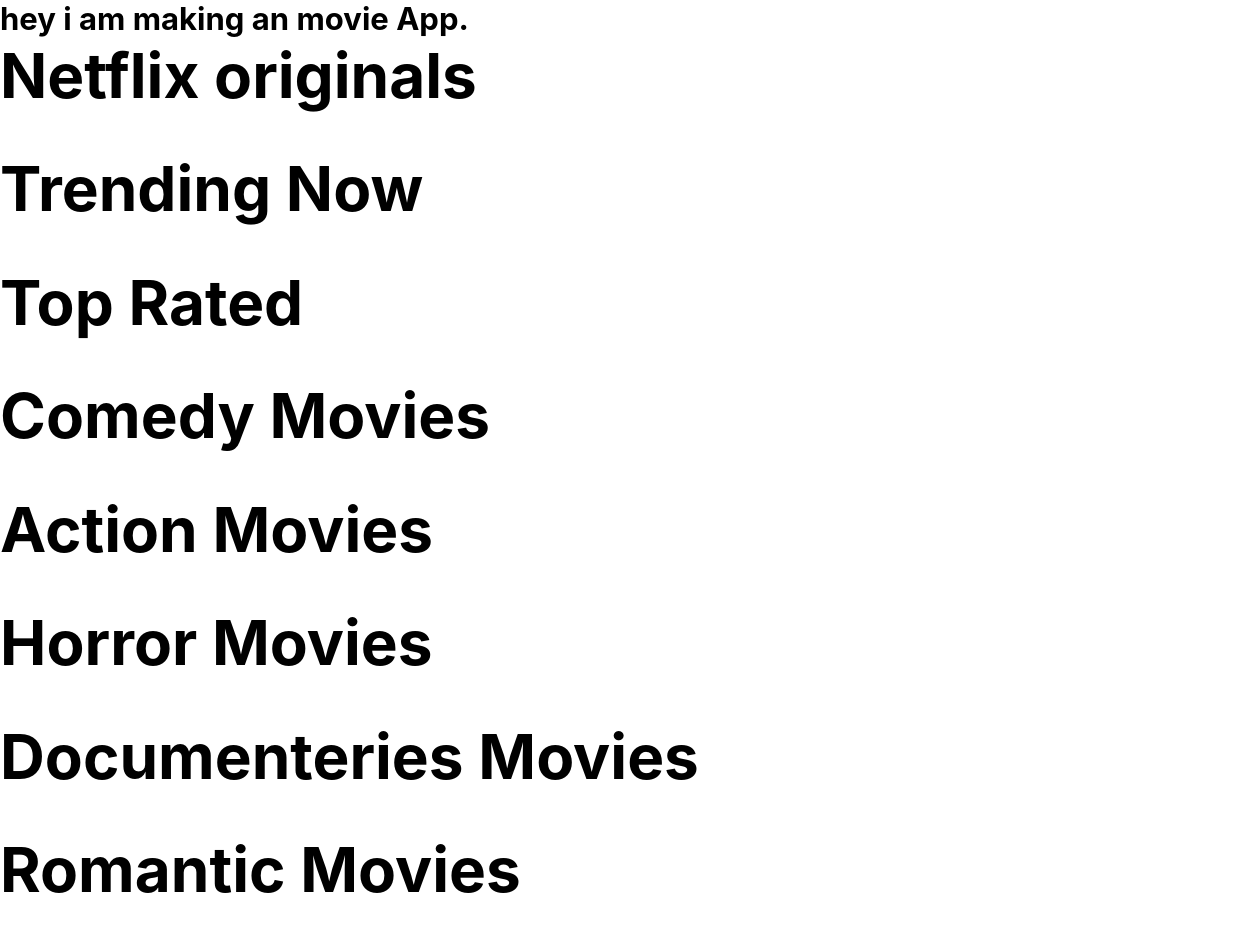
Repository: ramtoppo12/movieApp
Page: /
An editor plug-in stored every save of this project. The page is shown before and after the next save, followed by the edit.
The browser window is 1280 px wide. The pictures show the whole page, at 97% of full size.
The page's requests for data from a server got no answer. The project was rebuilt for these pictures with package versions that can differ from the ones it lists, and the page was loaded fresh each time. No one was signed in, and anything a server would have sent is missing. Also part of the build but not shown: src/App.css.

Above is the page before, as saved 2020-11-09 21:29:08.

### src/App.js
import './App.css';
import React from "react";
import Row from "./Row";
import requests from "./request";

function App() {
  return (
    <div className="App">
      <h1>
        hey i am making an movie App.
        <Row isLargeRow={true} title="Netflix originals" fetchUrl={requests.fetchNetfixOriginals}/>
        <Row title="Trending Now" fetchUrl={requests.fetchTrendingNow}/>
        <Row title="Top Rated" fetchUrl={requests.fetchTopRated}/>
        <Row title="Comedy Movies" fetchUrl={requests.fetchComedyMovies}/>
        <Row title="Action Movies" fetchUrl={requests.fetchActionMovies}/>
        <Row title="Horror Movies" fetchUrl={requests.fetchHorrorMovies}/>
        <Row title="Documenteries Movies" fetchUrl={requests.fetchDocumentaries}/>
        <Row title="Romantic Movies" fetchUrl={requests.fetchRomenticMovies}/>


      </h1>
    </div>
  );
}

export default App;

### src/Row.js
import React, { useState,useEffect } from 'react';
import axios from "./axios";
import "./row.css";
const base_url = "https://image.tmdb.org/t/p/original/";


export default function Row({title,fetchUrl,isLargeRow}) {
    const [movies,setMovies]=useState([]);
    useEffect(()=>{
        //if we leave the bracket Run once
        async function fetchData(){
            const request = await axios.get(fetchUrl);
            console.log(request);
            setMovies(request.data.results);
            return request;
        }
        fetchData();
    },[fetchUrl])

    console.log(movies)
    return (
        <div className="row">
            <h1>{title}</h1>
            <div className="row__posters">
            {movies.map(movie =>(
                <img key={movie.id}className={`row__poster ${isLargeRow && "row__posterLarge"}`} src={`${base_url}${ isLargeRow ? movie.poster_path :movie.backdrop_path}`}/>
            ))}
            </div>
        </div>
    )
}

### src/request.js
const API_KEY ="4d985b549a4462ab7e93d987c24153c7";

const requests ={
    fetchTrendingNow:`/trending/all/week?api_key=${API_KEY}&language=en-US`,
fetchTopRated:`/movie/top_rated?api_key=${API_KEY}&language=en-US`,
fetchNetfixOriginals:`/discover/tv?api_key=${API_KEY}&with_network=213`,
fetchComedyMovies:`/discover/movie?api_key=${API_KEY}&with_genres=35`,
fetchHorrorMovies:`/discover/movie?api_key=${API_KEY}&with_genres=27`,
fetchRomenticMovies:`/discover/movie?api_key=${API_KEY}&with_genres=10749`,
fetchActionMovies:`/discover/movie?api_key=${API_KEY}&with_genres=28`,
fetchDocumentaries:`discover/movie?api_key=${API_KEY}&with_genres=99`,

// https://api.themoviedb.org/3/genre/movie/list
// https://api.themoviedb.org/3/trending/all/week
// https://api.themoviedb.org/3/search/keyword?query=parasite
}


export default requests;

### src/axios.js
import axios from "axios";
const instance = axios.create({
    baseURL:"https://api.themoviedb.org/3",
});

export default instance;

### src/row.css
.row__posters {
  display: flex;
  overflow-y: hidden;
  overflow-x: scroll;
  padding: 20px;
}
.row__posters::-webkit-scrollbar {
  display: none;
}
.row__poster {
  object-fit: contain;
  width: 100%;
  max-height: 100px;
  margin: 0 10px 0 0;
  transition: transform 450ms;
  cursor: pointer;
}
.row__poster:hover {
  transform: scale(1.08);
  opacity: 1;
}
.row__posterLarge {
  max-height: 250px;
}
.row__posterLarge:hover {
  transform: scale(1.09);
}

Loaded but not shown: public/index.html (common file); src/index.js (common file); src/index.css (common file); src/reportWebVitals.js (common file)

After the next save:
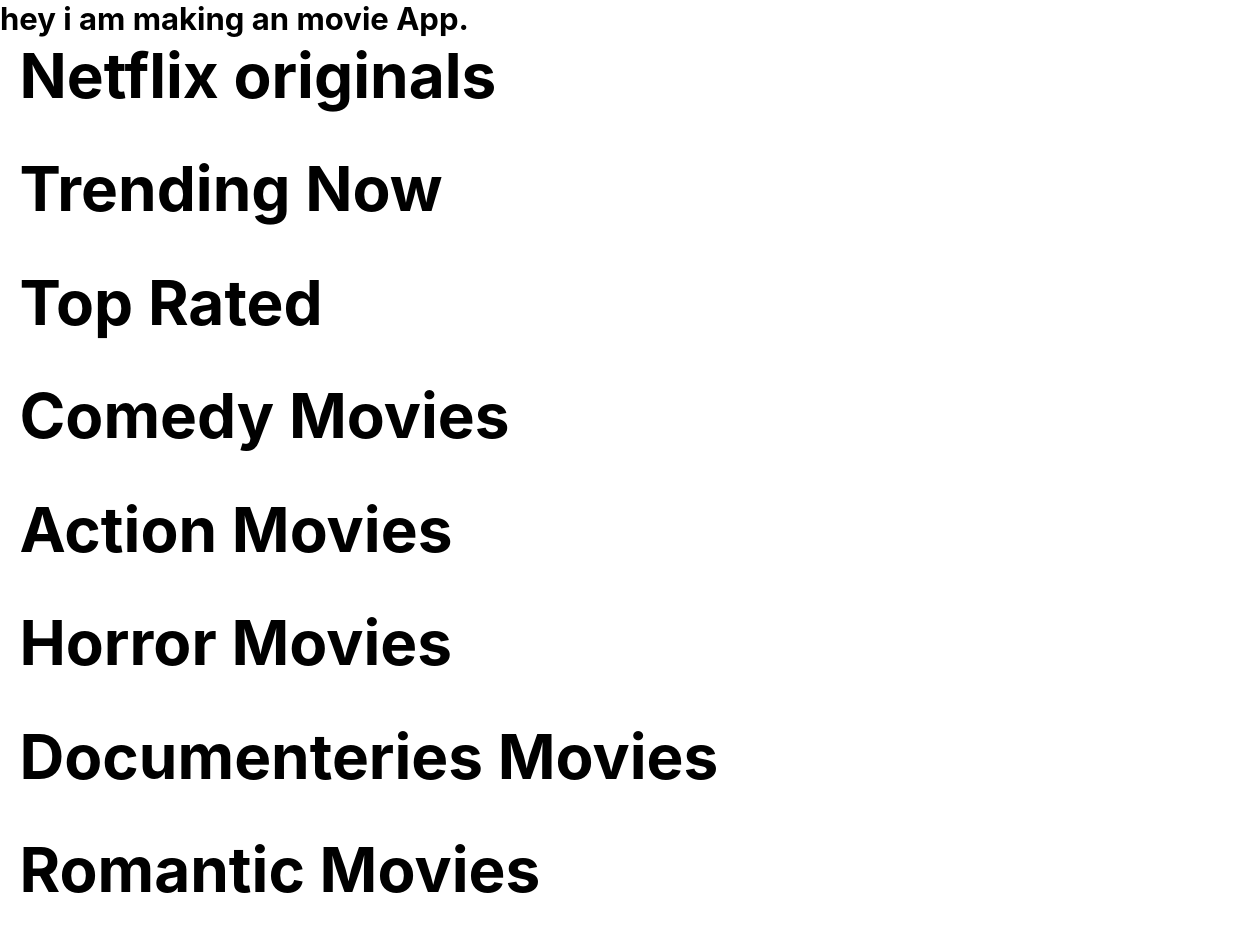
Saved 89 s later.
--- a/src/row.css
+++ b/src/row.css
@@ -1,3 +1,7 @@
+.row {
+  margin: 0 0 0 20px;
+}
+
 .row__posters {
   display: flex;
   overflow-y: hidden;
